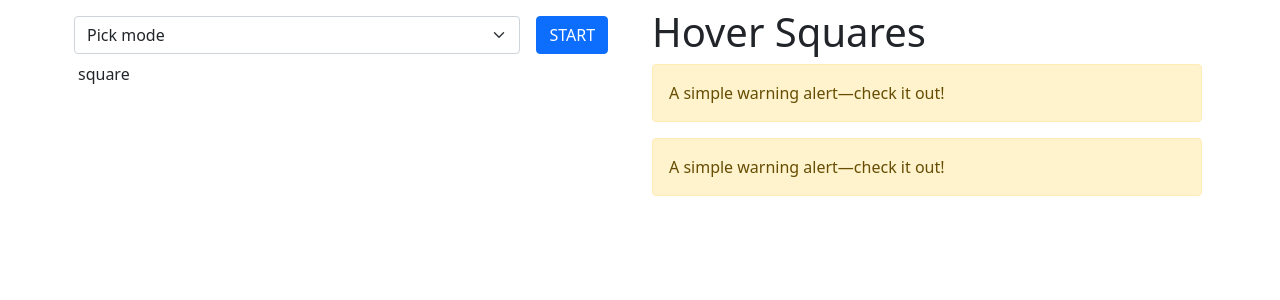
Repository: tsydikov/StarNaviTestTask
Page: /
The author's editor kept a copy of each file at every save. The page is drawn from the files as they stood at one save, then again after the next save.
The browser window is 1280 px wide. The pictures show the whole page.
The project was rebuilt for these pictures with package versions that can differ from the ones it lists, and the page was loaded fresh each time.

Above is the page before, as saved 2021-08-13 10:41:19.

### public/index.html
<!DOCTYPE html>
<html lang="en">
  <head>
    <meta charset="utf-8" />
    <link rel="icon" href="%PUBLIC_URL%/favicon.ico" />
    <meta name="viewport" content="width=device-width, initial-scale=1" />
    <meta name="theme-color" content="#000000" />
    <meta
      name="description"
      content="Web site created using create-react-app"
    />
    <link rel="apple-touch-icon" href="%PUBLIC_URL%/logo192.png" />
    <!--
      manifest.json provides metadata used when your web app is installed on a
      user's mobile device or desktop. See https://developers.google.com/web/fundamentals/web-app-manifest/
    -->
    <link rel="manifest" href="%PUBLIC_URL%/manifest.json" />
    <link href="https://cdn.jsdelivr.net/npm/bootstrap@5.1.0/dist/css/bootstrap.min.css" rel="stylesheet" integrity="sha384-KyZXEAg3QhqLMpG8r+8fhAXLRk2vvoC2f3B09zVXn8CA5QIVfZOJ3BCsw2P0p/We" crossorigin="anonymous">
    <!--
      Notice the use of %PUBLIC_URL% in the tags above.
      It will be replaced with the URL of the `public` folder during the build.
      Only files inside the `public` folder can be referenced from the HTML.

      Unlike "/favicon.ico" or "favicon.ico", "%PUBLIC_URL%/favicon.ico" will
      work correctly both with client-side routing and a non-root public URL.
      Learn how to configure a non-root public URL by running `npm run build`.
    -->
    <title>React App</title>
  </head>
  <body>
    <noscript>You need to enable JavaScript to run this app.</noscript>
    <div id="root"></div>
    <!--
      This HTML file is a template.
      If you open it directly in the browser, you will see an empty page.

      You can add webfonts, meta tags, or analytics to this file.
      The build step will place the bundled scripts into the <body> tag.

      To begin the development, run `npm start` or `yarn start`.
      To create a production bundle, use `npm run build` or `yarn build`.
    -->
  </body>
</html>

### src/App.js
import React from 'react'
import './App.css'

function App() {
  return (
    <div className="container p-2">
      <div className="row ">
        <div className="col">
          <div className="row">
            <div className="col p-2">
              <select class="form-select p" aria-label="Default select example">
                <option selected>Pick mode</option>
                <option value="1">Easy</option>
                <option value="2">Normal</option>
                <option value="3">Hard</option>
              </select>
              <button type="button" class="btn btn-primary">START</button>
            </div>
          </div>
          <div className="row">
            <div className="col">
              square
            </div>
          </div>
        </div>
        <div className="col">
          <h1>Hover Squares</h1>
          <div class="alert alert-warning" role="alert">
            A simple warning alert—check it out!
          </div>
            <div class="alert alert-warning" role="alert">
              A simple warning alert—check it out!
            </div>
        </div>
      </div>
    </div>
  );
}

export default App;

### src/App.css
.p {
    float: left;
    width: 80%;
    margin-right: 1rem;
}

Loaded but not shown: src/index.js (common file); src/reportWebVitals.js (common file)

After the next save:
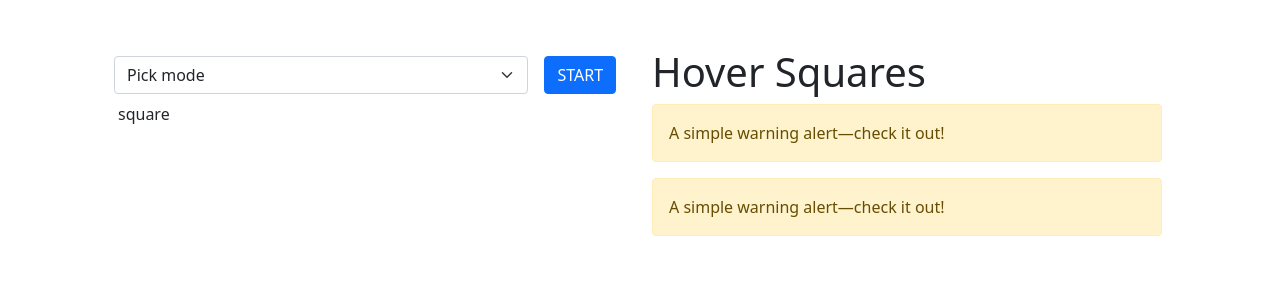
Saved 6 s later.
--- a/src/App.js
+++ b/src/App.js
@@ -3,7 +3,7 @@ import './App.css'
 
 function App() {
   return (
-    <div className="container p-2">
+    <div className="container p-5">
       <div className="row ">
         <div className="col">
           <div className="row">
